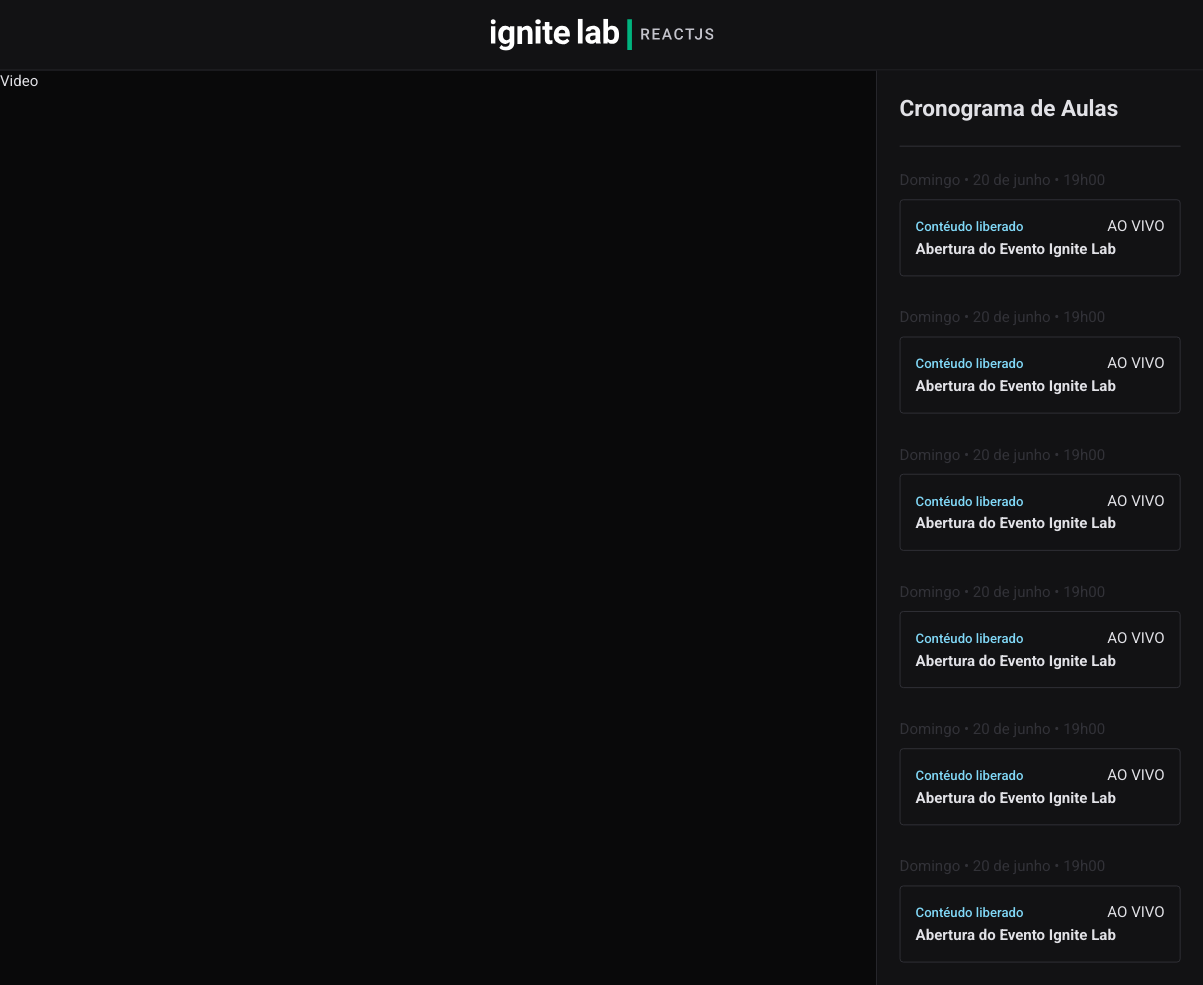
Repository: guilhermecardoso93/ignitelab
Page: /event
An editor plug-in stored every save of this project. The page is shown before and after the next save, followed by the edit.
The browser window is 1280 px wide. The pictures show the whole page, at 94% of full size.
The project was rebuilt for these pictures with package versions that can differ from the ones it lists, and the page was loaded fresh each time. Also part of the build but not shown: vite.config.ts.

Above is the page before, as saved 2022-06-22 11:46:36.

### index.html
<!DOCTYPE html>
<html lang="en">
  <head>
    <meta charset="UTF-8" />
    <link rel="icon" type="image/svg+xml" href="/src/favicon.svg" />
    <link rel="preconnect" href="https://fonts.googleapis.com" />
    <link rel="preconnect" href="https://fonts.gstatic.com" crossorigin />
    <link
      href="https://fonts.googleapis.com/css2?family=Roboto:wght@400;500;700&display=swap"
      rel="stylesheet"
    />
    <meta name="viewport" content="width=device-width, initial-scale=1.0" />
    <title>Ignite Lab</title>
  </head>
  <body>
    <div id="root"></div>
    <script type="module" src="/src/main.tsx"></script>
  </body>
</html>

### src/main.tsx
import { ApolloProvider } from "@apollo/client";
import React from "react";
import ReactDOM from "react-dom/client";
import { App } from "./App";
import { client } from "./lib/apollo";

import "./styles/global.css";

ReactDOM.createRoot(document.getElementById("root")!).render(
  <React.StrictMode>
    <ApolloProvider client={client}>
      <App />
    </ApolloProvider>
  </React.StrictMode>
);

### src/App.tsx
import { Event } from "./pages/Event";

export function App() {
  return (
    <div>
      <Event />
    </div>
  );
}

### src/lib/apollo.ts
import { ApolloClient, InMemoryCache } from "@apollo/client";

export const client = new ApolloClient({
  uri: "https://api-sa-east-1.graphcms.com/v2/cl4orc0220r0201xnfce43eoi/master",
  cache: new InMemoryCache()
});

### src/pages/Event.tsx
import { Header } from "../components/Header";
import { Sidebar } from "../components/Sidebar";
import { Video } from "../components/Video";

export function Event() {
  return (
    <div className="flex flex-col min-h-screen">
      <Header />
      <main className="flex flex-1">
        <Video />
        <Sidebar />
      </main>
    </div>
  );
}

### src/components/Header/index.tsx
import { Logo } from "../Logo";

export function Header() {
  return (
    <header className='w-full py-5 flex items-center justify-center bg-gray-700 border-b border-gray-600'>
      <Logo/>
    </header>
  );
}

### src/components/Sidebar/index.tsx
import { Lesson } from "../Lesson";

export function Sidebar() {
  return (
    <aside className="w-[348px] bg-gray-700 p-6 border-l border-gray-600">
      <span className="font-bold text-2xl pb-6 mb-6 border-b border-gray-500 block">
        Cronograma de Aulas
      </span>

      <div className="flex flex-col gap-8">
        <Lesson/>
        <Lesson/>
        <Lesson/>
        <Lesson/>
        <Lesson/>
        <Lesson/>
      </div>
    </aside>
  );
}

### src/components/Video/index.tsx
export function Video() {
  return (
    <div className='flex-1'>
      <h1>Video</h1>
    </div>

  );
}

### src/components/Logo/index.tsx
export function Logo() {
  return (
    <svg
      xmlns="http://www.w3.org/2000/svg"
      width="237"
      height="34"
      fill="none"
      viewBox="0 0 237 34"
    >
      <path
        fill="#fff"
        d="M.002 3.112a2.49 2.49 0 01.165-.987c.12-.314.304-.595.535-.83A2.906 2.906 0 012.615.572c.698 0 1.374.257 1.912.723.23.24.412.524.536.837a2.701 2.701 0 010 1.979 2.568 2.568 0 01-.536.837 2.889 2.889 0 01-1.907.723 2.901 2.901 0 01-1.908-.723 2.458 2.458 0 01-.538-.84 2.645 2.645 0 01-.172-.996zm4.96 23.146H.273V7.862h4.689v18.397zM8.012 16.973c0-2.853.686-5.145 2.055-6.883a6.653 6.653 0 015.528-2.606 5.869 5.869 0 014.802 2.09l.2-1.751h4.538v17.95a7.891 7.891 0 01-1.12 4.246 7.243 7.243 0 01-3.147 2.752 11.155 11.155 0 01-4.742.94c-1.378 0-2.74-.279-4.008-.812a7.08 7.08 0 01-2.946-2.11l2.208-3.02a5.905 5.905 0 004.543 2.08 4.356 4.356 0 003.104-1.059 3.938 3.938 0 001.103-2.993v-.994a5.775 5.775 0 01-4.555 1.935 6.647 6.647 0 01-3.05-.652 6.615 6.615 0 01-2.408-1.967c-1.397-1.752-2.085-4.089-2.085-6.942v-.21h-.025l.005.006zm4.997.355a6.723 6.723 0 001.026 3.956 3.233 3.233 0 002.799 1.443c.651.045 1.3-.088 1.878-.39a3.52 3.52 0 001.396-1.305v-7.825a3.448 3.448 0 00-1.374-1.305 3.504 3.504 0 00-1.86-.39 3.28 3.28 0 00-1.61.365 3.22 3.22 0 00-1.219 1.103c-.688.975-1.036 2.418-1.036 4.348zM33.098 7.833l.158 2.196a6.527 6.527 0 012.371-1.927 6.38 6.38 0 012.971-.62c1.97 0 3.438.597 4.39 1.79.953 1.194 1.456 2.936 1.486 5.293v12.249h-4.962V14.683a3.367 3.367 0 00-.684-2.344 3.086 3.086 0 00-1.069-.598 3.008 3.008 0 00-1.211-.13 3.349 3.349 0 00-1.821.454c-.553.32-1.01.794-1.313 1.367v13.37H28.45V7.845l4.647-.012zM47.512 3.112a2.304 2.304 0 01.185-.988 2.42 2.42 0 01.59-.831A3.439 3.439 0 0150.404.57c.772 0 1.52.256 2.117.723.508.486.792 1.142.792 1.826 0 .683-.284 1.34-.792 1.826a3.417 3.417 0 01-2.11.723c-.77 0-1.517-.257-2.11-.723a2.47 2.47 0 01-.594-.839 2.342 2.342 0 01-.19-.994h-.005zm5.483 23.149h-5.18V7.86h5.18v18.4zM62.454 3.334v4.612h3.107v3.677h-3.107v9.382c-.05.53.091 1.063.395 1.495a1.824 1.824 0 001.473.45c.476.002.95-.035 1.421-.114v3.803a9.672 9.672 0 01-2.939.449c-3.398 0-5.128-1.775-5.19-5.32V11.644h-2.642V7.968h2.643V3.356h4.841v-.025l-.002.003zM76.487 27.08a9.277 9.277 0 01-6.759-2.55c-1.74-1.699-2.605-3.957-2.605-6.797v-.494a11.295 11.295 0 011.098-5.08 8.141 8.141 0 013.111-3.465 8.72 8.72 0 014.59-1.22c2.577 0 4.62.815 6.098 2.449 1.478 1.633 2.226 3.94 2.226 6.929v2.055h-12.01a4.665 4.665 0 001.473 2.971 4.487 4.487 0 003.111 1.111 5.426 5.426 0 004.548-2.115l2.476 2.781a7.506 7.506 0 01-3.07 2.507 9.81 9.81 0 01-4.287.916v.002zm-.594-15.514a3.127 3.127 0 00-2.428 1.012 5.405 5.405 0 00-1.188 2.912h7.006v-.405a3.749 3.749 0 00-.908-2.608 3.252 3.252 0 00-2.45-.908h-.03l-.002-.003zM97.771 26.259h-4.957V0h4.957V26.26zM112.209 26.259c-.227-.444-.392-.997-.496-1.659-1.196 1.333-2.751 2.002-4.666 2.002-1.811 0-3.314-.523-4.504-1.572-1.191-1.049-1.786-2.372-1.786-3.966 0-1.96.725-3.464 2.179-4.513 1.453-1.049 3.553-1.58 6.3-1.59h2.273v-1.06c0-.854-.22-1.54-.659-2.051-.44-.513-1.131-.77-2.078-.77-.832 0-1.486.2-1.957.6-.474.4-.708.945-.708 1.64h-4.941c0-1.07.331-2.062.992-2.973.662-.91 1.597-1.626 2.804-2.144 1.206-.518 2.564-.778 4.069-.778 2.28 0 4.089.573 5.429 1.718 1.34 1.145 2.009 2.756 2.009 4.83v8.017c.012 1.754.256 3.082.735 3.983v.29h-4.992l-.003-.004zm-4.086-3.435c.728 0 1.402-.163 2.016-.486.614-.326 1.071-.76 1.367-1.308v-3.181h-1.846c-2.472 0-3.79.854-3.948 2.564l-.017.291c0 .614.217 1.123.649 1.523.434.4 1.026.6 1.779.6v-.003zM136.58 17.183c0 2.963-.632 5.273-1.898 6.931-1.265 1.659-3.032 2.488-5.3 2.488-2.006 0-3.608-.77-4.805-2.308l-.222 1.967h-4.444V.001h4.94v9.418c1.14-1.332 2.638-2 4.496-2 2.256 0 4.025.828 5.308 2.487 1.283 1.658 1.923 3.992 1.923 7v.274l.002.003zm-4.94-.358c0-1.868-.296-3.233-.889-4.094-.592-.861-1.475-1.29-2.65-1.29-1.572 0-2.655.643-3.247 1.932v7.299c.604 1.298 1.697 1.95 3.282 1.95 1.584 0 2.643-.788 3.146-2.36.239-.752.358-1.897.358-3.437z"
      ></path>
      <path
        fill="#C4C4CC"
        d="M164.51 17.501h-2.283v4.53h-2.048v-11.78h4.143c1.36 0 2.408.306 3.149.915.74.61 1.108 1.493 1.108 2.648 0 .787-.19 1.449-.57 1.98-.38.532-.911.94-1.59 1.226l2.646 4.906v.106h-2.194l-2.364-4.531h.003zm-2.283-1.65h2.105c.691 0 1.229-.176 1.619-.524.39-.348.582-.824.582-1.429 0-.604-.18-1.12-.538-1.466-.358-.345-.893-.523-1.606-.533h-2.162V15.85zM179.066 16.773h-4.839v3.625h5.656v1.634h-7.704V10.25h7.648v1.65h-5.6v3.253h4.839v1.62zM189.803 19.29h-4.565l-.955 2.744h-2.127l4.452-11.783h1.836l4.459 11.783h-2.137l-.963-2.744zm-3.99-1.65h3.415l-1.707-4.89-1.708 4.89zM204.716 18.197c-.119 1.256-.583 2.238-1.392 2.941-.81.703-1.885 1.056-3.228 1.056-.938 0-1.764-.222-2.48-.668-.715-.445-1.266-1.079-1.656-1.898-.387-.82-.589-1.772-.607-2.858v-1.1c0-1.11.198-2.09.59-2.937.392-.846.96-1.5 1.695-1.96.736-.458 1.587-.688 2.554-.688 1.301 0 2.347.353 3.139 1.057.792.703 1.254 1.7 1.385 2.99h-2.039c-.096-.846-.343-1.458-.74-1.833-.397-.375-.977-.563-1.745-.563-.89 0-1.574.326-2.05.977-.479.652-.721 1.605-.733 2.863v1.044c0 1.273.227 2.245.683 2.917.457.668 1.123 1.004 2.004 1.004.805 0 1.409-.18 1.814-.543.405-.363.661-.962.77-1.804h2.038l-.002.003zM216.481 11.902h-3.674v10.132h-2.031V11.902h-3.642V10.25h9.347v1.65zM222.759 10.251h2.039v8.262c0 1.127-.353 2.023-1.057 2.687-.703.664-1.633.995-2.788.995-1.229 0-2.179-.311-2.848-.93-.669-.62-1.004-1.484-1.004-2.59h2.038c0 .627.156 1.096.467 1.412.31.316.76.474 1.347.474.55 0 .989-.183 1.315-.545.326-.366.489-.867.489-1.51V10.25h.002zM234.952 18.999c0-.518-.183-.918-.545-1.197-.363-.279-1.022-.563-1.972-.849-.95-.286-1.705-.604-2.265-.955-1.074-.674-1.612-1.555-1.612-2.638 0-.95.388-1.732 1.163-2.347.774-.614 1.779-.922 3.015-.922.819 0 1.55.15 2.194.454a3.597 3.597 0 011.513 1.29c.367.558.55 1.177.55 1.858h-2.038c0-.614-.193-1.095-.578-1.443-.385-.348-.938-.524-1.656-.524-.668 0-1.189.144-1.557.43-.37.286-.555.686-.555 1.197 0 .432.2.792.6 1.08.399.29 1.056.57 1.974.842.918.271 1.653.582 2.208.93.556.348.963.748 1.222 1.197.259.452.387.977.387 1.582 0 .982-.375 1.762-1.127 2.342-.753.58-1.775.87-3.063.87a5.755 5.755 0 01-2.352-.473c-.715-.316-1.27-.75-1.668-1.308-.397-.555-.594-1.204-.594-1.942h2.048c0 .669.222 1.187.664 1.555.441.367 1.075.55 1.902.55.713 0 1.246-.143 1.607-.432.357-.288.538-.671.538-1.145l-.003-.002z"
      ></path>
      <path fill="#00B37E" d="M150.271 33.146h-4.958V.57h4.958v32.576z"></path>
    </svg>
  );
}

### src/components/Lesson/index.tsx
export function Lesson() {
  return (
    <a href="#">
      <span className='text-gray-500'>
        Domingo • 20 de junho • 19h00
      </span>

      <div className="rounded border border-gray-500 p-4 mt-2">
        <header className="flex items-center justify-between">
          <span className="text-sm text-blue-500 font-medium">Contéudo liberado </span>
          <span> AO VIVO </span>
        </header>
        <strong>Abertura do Evento Ignite Lab</strong>
      </div>
    </a>
  );
}

### tailwind.config.js
/** @type {import('tailwindcss').Config} */
module.exports = {
  content: ["./src/**/*.tsx"],
  theme: {
    extend: {
      fontFamily: {
        sans: "Roboto, sans-serif"
      },
      colors: {
        green: {
          300: "#00B37E",
          500: "#00875F",
          700: "#015F43"
        },
        blue: {
          500: "#81D8F7"
        },
        orange: {
          500: "#FBA94C"
        },
        red: {
          500: "#F75A68"
        },
        gray: {
          100: "#E1E1E6",
          200: "#C4C4CC",
          300: "#8D8D99",
          500: "#323238",
          600: "#29292E",
          700: "#121214",
          900: "#09090A"
        }
      }
    }
  },
  plugins: []
};

Loaded but not shown: src/styles/global.css (common file)

After the next save:
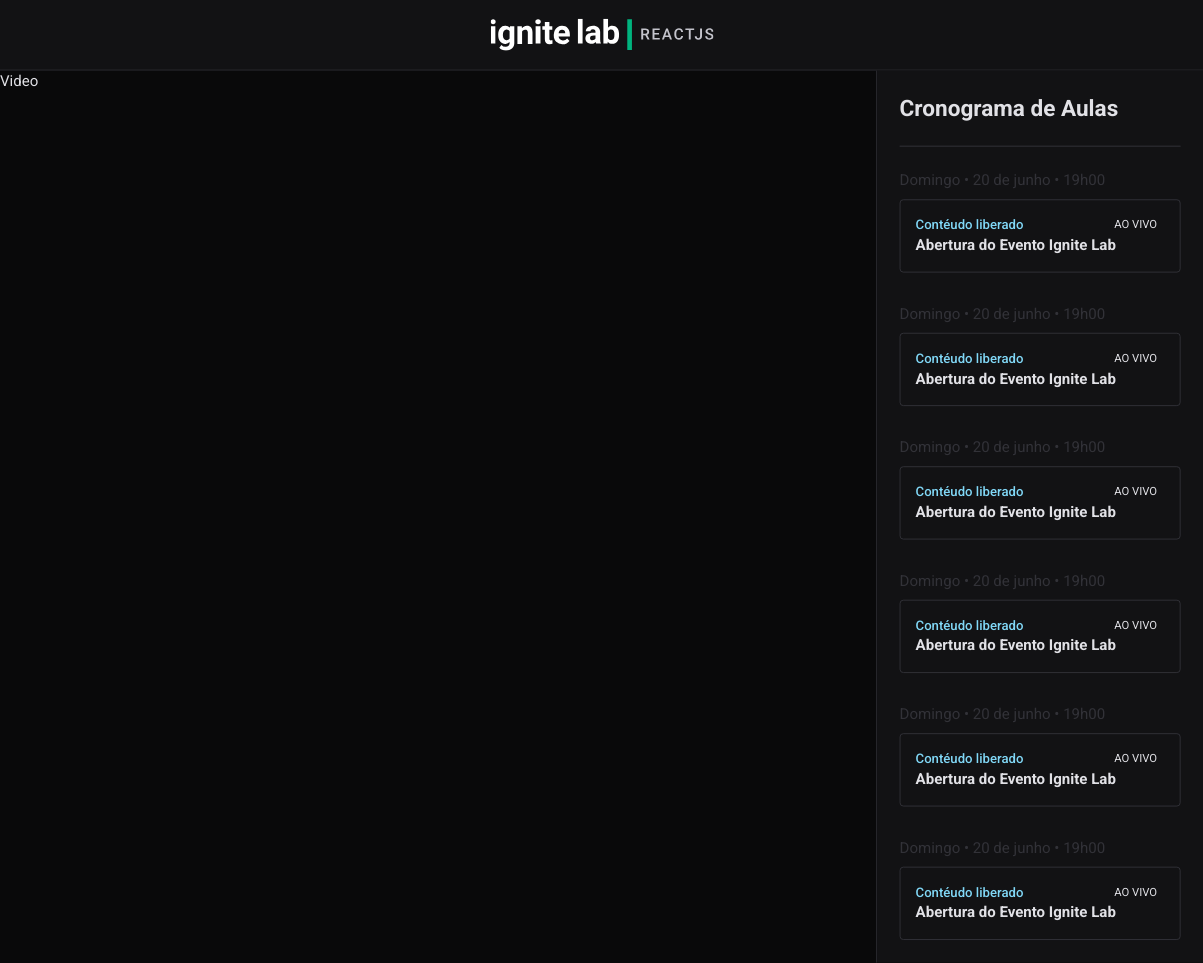
Saved 56 s later.
--- a/src/components/Lesson/index.tsx
+++ b/src/components/Lesson/index.tsx
@@ -1,14 +1,16 @@
 export function Lesson() {
   return (
     <a href="#">
-      <span className='text-gray-500'>
-        Domingo • 20 de junho • 19h00
-      </span>
+      <span className="text-gray-500">Domingo • 20 de junho • 19h00</span>
 
       <div className="rounded border border-gray-500 p-4 mt-2">
         <header className="flex items-center justify-between">
-          <span className="text-sm text-blue-500 font-medium">Contéudo liberado </span>
-          <span> AO VIVO </span>
+          <span className="text-sm text-blue-500 font-medium">
+            Contéudo liberado{" "}
+          </span>
+          <span className='text-xs rounded px-2'>
+            AO VIVO
+          </span>
         </header>
         <strong>Abertura do Evento Ignite Lab</strong>
       </div>
